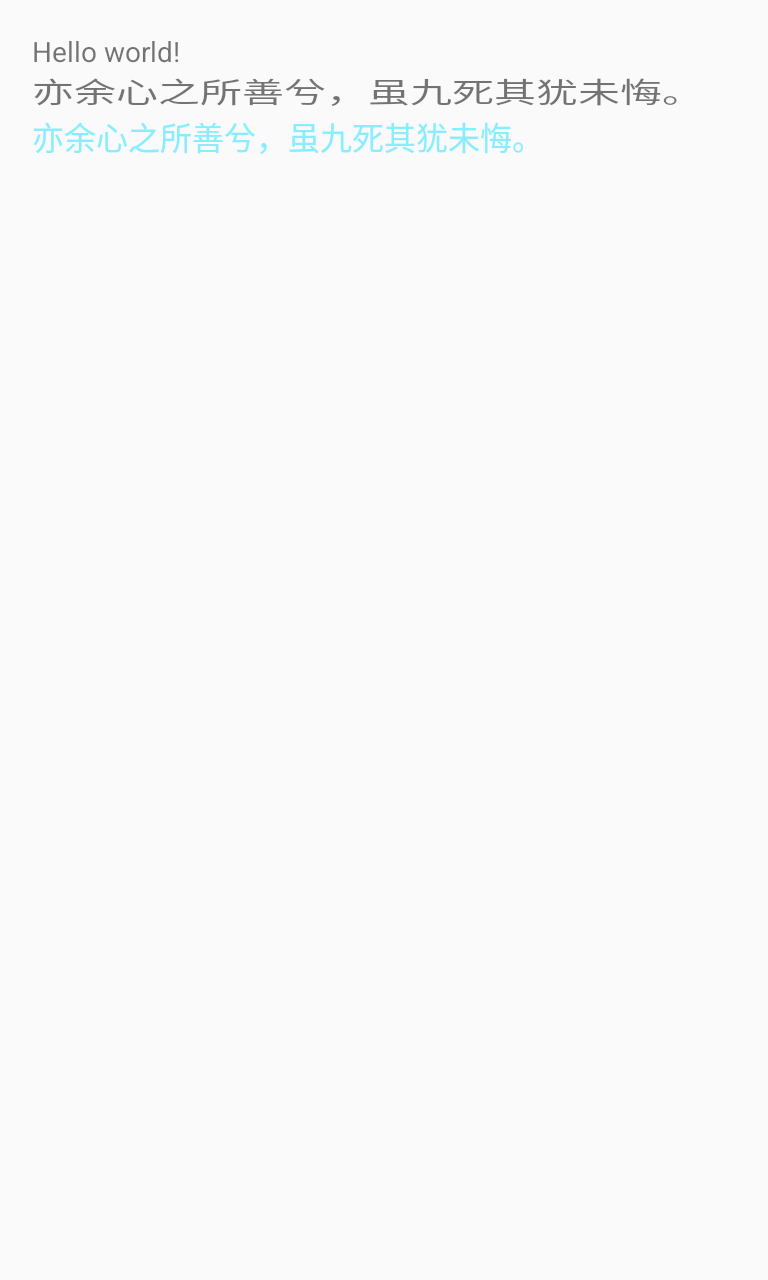
Repository: duhei/cici
Layout: GitHubFrist/res/layout/activity_main.xml
An editor plug-in stored every save of this project. The layout is shown before and after the next save, followed by the edit.
It is drawn on a 768 x 1280 px phone screen (xhdpi) without system bars, with theme AppTheme; the app's code is not run.

Above is the layout before, as saved 2015-07-10 07:33:28.

After the next save:
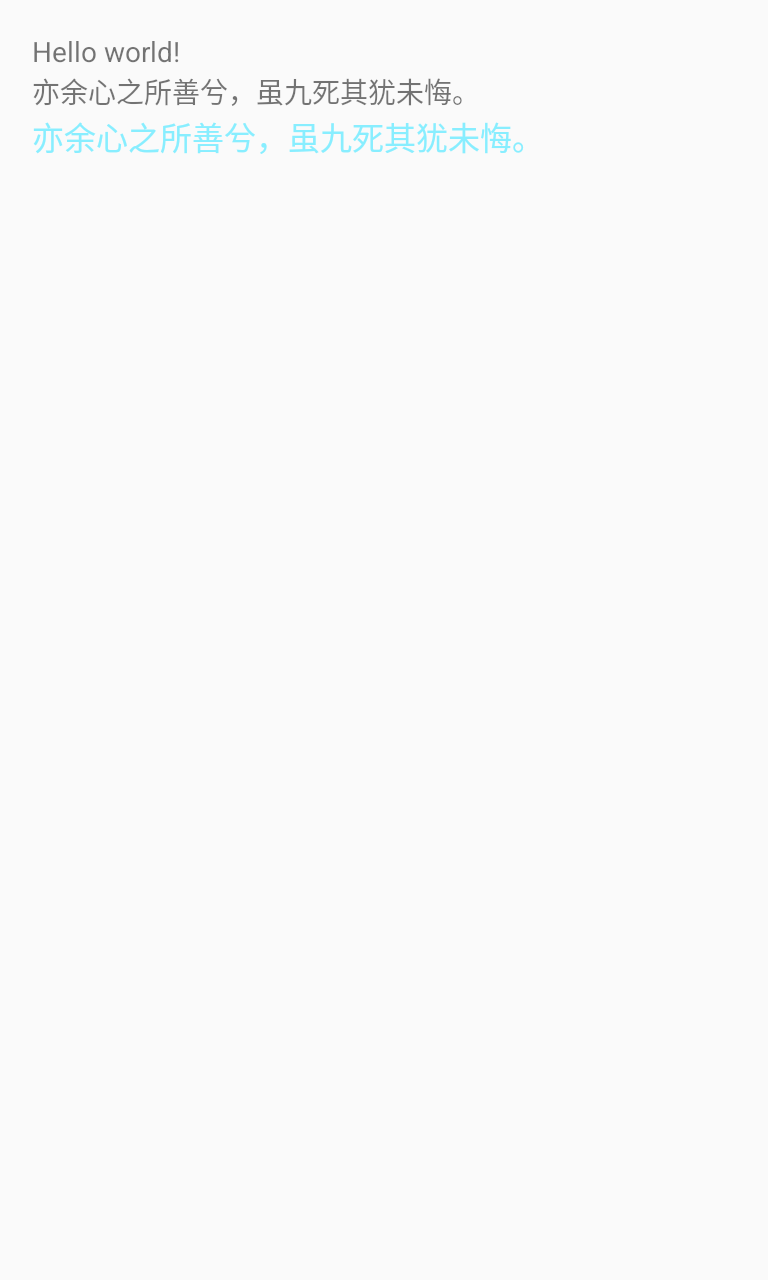
Saved 28 s later.
--- a/GitHubFrist/res/layout/activity_main.xml
+++ b/GitHubFrist/res/layout/activity_main.xml
@@ -18,7 +18,7 @@
     <TextView
         style="@style/warp_content"
         android:text="@string/lisao"
-        android:textScaleX="1.5f"
+        android:textScaleX="1.5fdp"
         />
 
     <TextView
